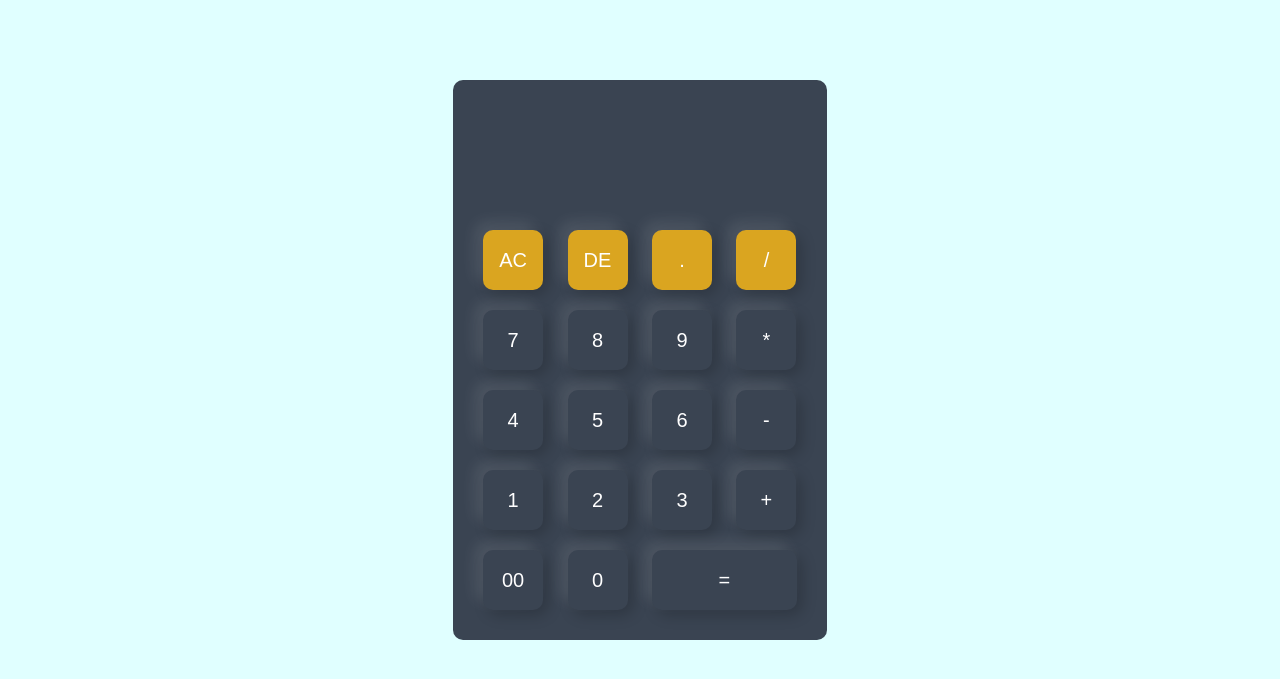
Repository: Anureet23/Calculator
Page: index.html
The author's editor kept a copy of each file at every save. The page is drawn from the files as they stood at one save, then again after a run of saves.
The browser window is 1280 px wide. The pictures show the whole page.

Above is the page before, as saved 2023-02-07 23:22:10.

### index.html
<!DOCTYPE html>
<html>
    <head>
<meta name ="viewport" content="width=device-width,initial-scale=1.0">
<title>Calculator using JavaScript</title>
<link rel="stylesheet" href="style.css">
    </head>
    <body>
<div class="container">
<div class="calculator">
   <form>
       <div class="display">
           <input type="text" name ="display">
       </div>
       <div>
           <input type="button" value="AC" onclick="display.value =''" class="operator">
           <input type="button" value="DE"  onclick="display.value =display.value.toString().slice(0,-1)" class="operator">
           <input type="button" value="."  onclick="display.value +='.'" class="operator">
           <input type="button" value="/"  onclick="display.value +='/'" class="operator">
       </div>
       <div>
        <input type="button" value="7" onclick="display.value +='7'">
        <input type="button" value="8" onclick="display.value +='8'">
        <input type="button" value="9" onclick="display.value +='9'">
        <input type="button" value="*" onclick="display.value +='*'">
    </div>
    <div>
        <input type="button" value="4" onclick="display.value +='4'">
        <input type="button" value="5" onclick="display.value +='5'">
        <input type="button" value="6" onclick="display.value +='6'">
        <input type="button" value="-" onclick="display.value +='-'">
    </div>
    <div>
        <input type="button" value="1" onclick="display.value +='1'">
        <input type="button" value="2" onclick="display.value +='2'">
        <input type="button" value="3" onclick="display.value +='3'">
        <input type="button" value="+" onclick="display.value +='+'">
    </div>
    <div>
        <input type="button" value="00" onclick="display.value +='00'">
        <input type="button" value="0" onclick="display.value +='0'">
        <input type="button" value="=" class="equal" onclick="display.value=eval(display.value)">

    </div>
   </form>
</div>
</div>


    </body>
</html>

### style.css
*{
    margin:0;
    padding:0;
    font-family: 'Poppins',sans-serif;
    box-sizing: border-box;
}

.container{
    width: 100%;
    height:100vh;
    background:#E0FFFF;
    display:flex;
    align-items:center;
    justify-content: center;

}
.calculator{
    background:#3a4452;
    padding:20px;
    border-radius:10px;
}
.calculator form input{
    border:0;
    outline:0;
    width: 60px;
    height: 60px;
    border-radius:10px;
    box-shadow: -8px -8px 15px rgba(255,255,255,0.1), 5px 5px 15px rgba(0,0,0,0.2) ;
    background:transparent;
    font-size:20px;
    color:#fff;
    cursor:pointer;
    margin:10px;
}

form .display{
    display:flex;
    justify-content:flex-end;
    margin:20px 0;
}

form .display input {
    text-align:right;
    flex:1;
    font-size:45px;
    box-shadow:none;
}
form input.equal{
    width:145px;
}
form input.operator{
    background-color: goldenrod;
}

After the next 3 saves:
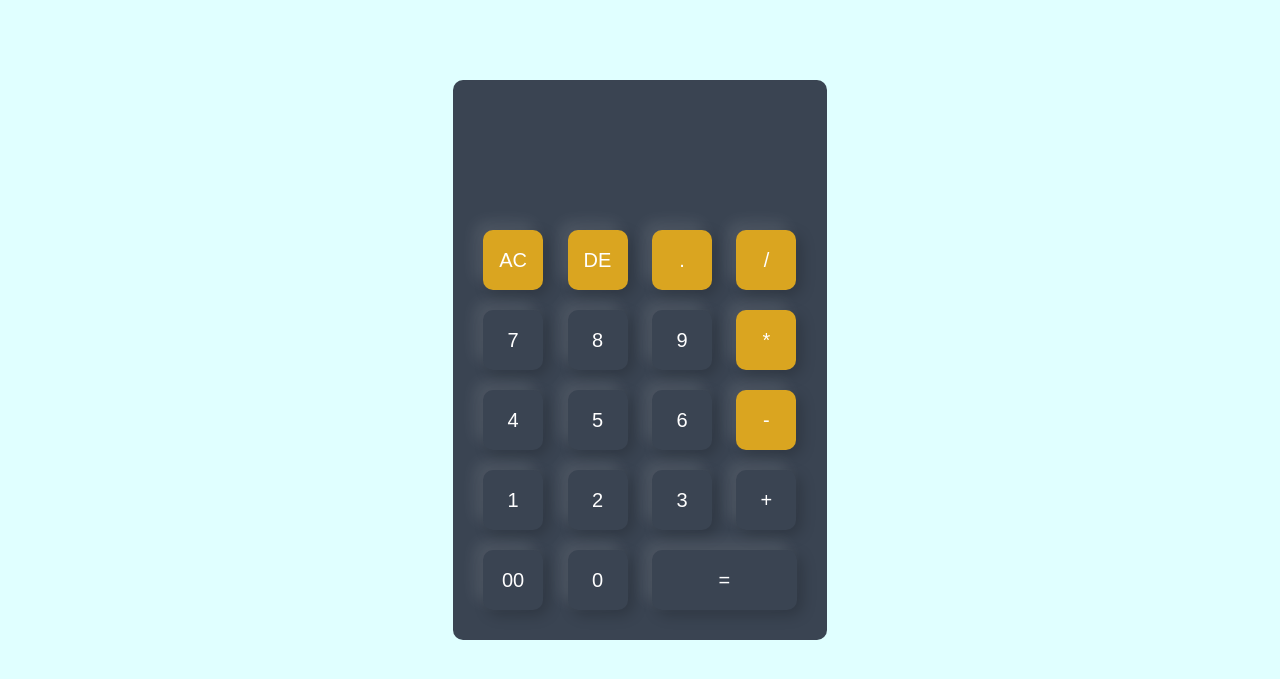
The 3 saves are shown as one change because they came seconds apart.
The last was saved 15 s later.
--- a/index.html
+++ b/index.html
@@ -22,13 +22,13 @@
         <input type="button" value="7" onclick="display.value +='7'">
         <input type="button" value="8" onclick="display.value +='8'">
         <input type="button" value="9" onclick="display.value +='9'">
-        <input type="button" value="*" onclick="display.value +='*'">
+        <input type="button" value="*" onclick="display.value +='*'" class="operator">
     </div>
     <div>
         <input type="button" value="4" onclick="display.value +='4'">
         <input type="button" value="5" onclick="display.value +='5'">
         <input type="button" value="6" onclick="display.value +='6'">
-        <input type="button" value="-" onclick="display.value +='-'">
+        <input type="button" value="-" onclick="display.value +='-'" class="operator">
     </div>
     <div>
         <input type="button" value="1" onclick="display.value +='1'">
